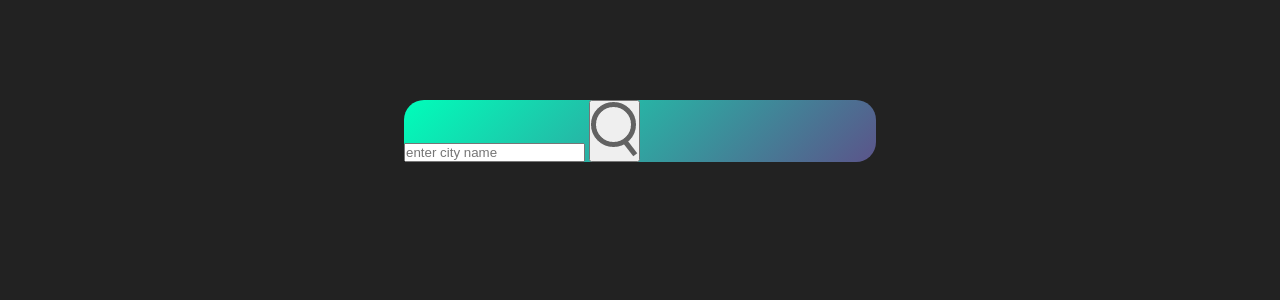
Repository: Rohit-foryou/Weather-app
Page: Weather App/Weather.html
These files come from the project's save history. The page is drawn as it stood at one moment and after the next save; the edit follows.
The browser window is 1280 px wide. The pictures show the whole page.

Above is the page before, as saved 2023-12-13 14:10:11.

### Weather App/Weather.html
<!DOCTYPE html>
<html lang="en">
<head>
    <meta charset="UTF-8">
    <meta name="viewport" content="width=device-width, initial-scale=1.0">
    <link rel="stylesheet" href="Weather.css">
    <title>Weather</title>
</head>
<body>
    <div class="card">
        <div class="search">
            <input type="text" placeholder="enter city name" spellcheck="false">
            <button><img src="Weather(Images)/search.png" alt=""></button>
        </div>
    </div>
</body>
</html>

### Weather App/Weather.css
*{
    margin: 0;
    padding: 0;
    font-family: 'Poppins', sans-serif;
    box-sizing: border-box;
}

body{
    background: #222;
}

.card{
    width: 90%;
    max-width: 472px;
    background: linear-gradient(135deg, #00feba, #5b548a);
    color: #fff;
    margin: 100px auto 0;
    border-radius: 20px;
}

After the next save:
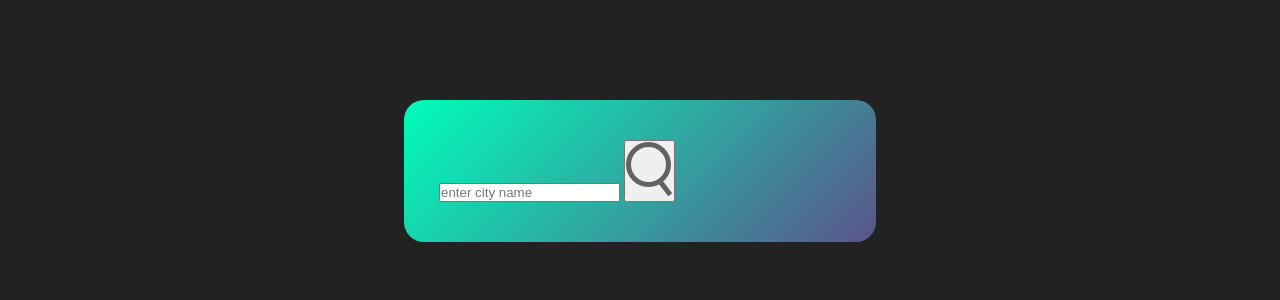
Saved 29 s later.
--- a/Weather App/Weather.css
+++ b/Weather App/Weather.css
@@ -16,4 +16,5 @@ body{
     color: #fff;
     margin: 100px auto 0;
     border-radius: 20px;
+    padding: 40px 35px;
 }
